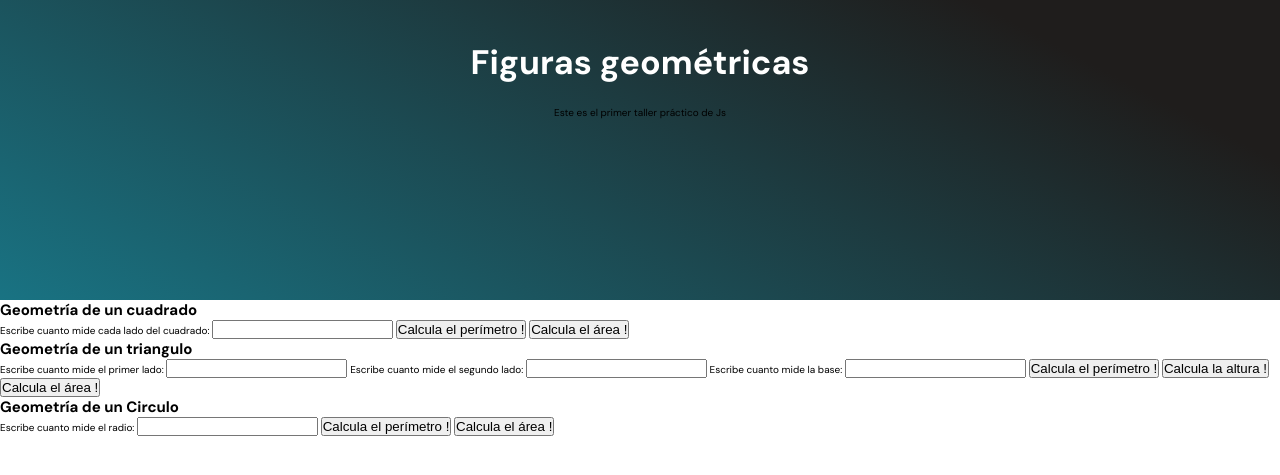
Repository: ChristianGecchelin/javascript-project
Page: javascript-project/figuras-geometricas/figuras.html
An editor plug-in stored every save of this project. The page is shown before and after the next save, followed by the edit.
The browser window is 1280 px wide. The pictures show the whole page.

Above is the page before, as saved 2021-12-01 21:30:12.

### javascript-project/figuras-geometricas/figuras.html
<!DOCTYPE html>
<html lang="en">
  <head>
    <meta charset="UTF-8" />
    <meta http-equiv="X-UA-Compatible" content="IE=edge" />
    <meta name="viewport" content="width=device-width, initial-scale=1.0" />
    <title>Figuras geométricas | Proyecto 1</title>
    <link rel="preconnect" href="https://fonts.googleapis.com" />
    <link rel="preconnect" href="https://fonts.gstatic.com" crossorigin />
    <link
      href="https://fonts.googleapis.com/css2?family=DM+Sans:wght@400;500;700&family=Inter:wght@300;500&display=swap"
      rel="stylesheet"
    />
    <link rel="stylesheet" href="./style.css" />
  </head>
  <body>
    <header>
      <div class="header--title-container">
        <h1>Figuras geométricas</h1>
        <p>Este es el primer taller práctico de Js</p>
      </div>
    </header>
    <section>
      <h2>Geometría de un cuadrado</h2>
      <form action="">
        <label for="">Escribe cuanto mide cada lado del cuadrado:</label>
        <input type="number" id="inputCuadrado" />
        <button type="button" onclick="calcularPerimetroCuadrado()">
          Calcula el perímetro !
        </button>
        <button type="button" onclick="calcularAreaCuadrado()">
          Calcula el área !
        </button>
        <!-- type button, para quitarle el submit por defecto y que no me redireccione a ningun lado -->
      </form>
    </section>
    <section>
      <h2>Geometría de un triangulo</h2>
      <form action="">
        <label for="">Escribe cuanto mide el primer lado:</label>
        <input type="number" id="inputLado1" />
        <label for="">Escribe cuanto mide el segundo lado:</label>
        <input type="number" id="inputLado2" />
        <label for="">Escribe cuanto mide la base:</label>
        <input type="number" id="inputBase" />
        <button type="button" onclick="calcularPerimetroTriangulo()">
          Calcula el perímetro !
        </button>
        <button type="button" onclick="calcularAlturaTriangulo()">
          Calcula la altura !
        </button>
        <button type="button" onclick="calcularAreaTriangulo()">
          Calcula el área !
        </button>
        <!-- type button, para quitarle el submit por defecto y que no me redireccione a ningun lado -->
      </form>
    </section>
    <section>
      <h2>Geometría de un Circulo</h2>
      <form action="">
        <label for="">Escribe cuanto mide el radio:</label>
        <input type="number" id="inputRadio" />
        <button type="button" onclick="calcularPerimetroCirculo()">
          Calcula el perímetro !
        </button>
        <button type="button" onclick="calcularAreaCirculo()">
          Calcula el área !
        </button>
        <!-- type button, para quitarle el submit por defecto y que no me redireccione a ningun lado -->
      </form>
    </section>
    <script src="./figurasConFunciones.js"></script>
  </body>
</html>

### javascript-project/figuras-geometricas/style.css
:root {
  --Dark-lightblue: #197383;
  --soft-orange: #ffe9d5;
  --secondary-blue: #1a9af7;
  --soft-blue: #e7f5ff;
  --warm-black: #201e1c;
  --black: #282623;
  --grey: #bababa;
  --off-white: #faf8f7;
  --just-white: #fff;
}
* {
  box-sizing: border-box;
  margin: 0;
  padding: 0;
}
html {
  font-size: 62.5%;
  font-family: "DM Sans", sans-serif;
}
header {
  position: relative;
  display: flex;
  flex-direction: column;
  justify-content: center;
  width: 100%;
  min-width: 320px;
  height: 300px;
  text-align: center;
  background: linear-gradient(207.8deg, #1f1d1c 16.69%, #197383 100%);
}
header .header--title-container {
  width: 90%;
  min-width: 288px;
  max-width: 900px;
  height: 200px;
  text-align: center;
  align-self: center;
}
header .header--title-container h1 {
  font-size: 3.4rem;
  font-weight: 700;
  line-height: 2.6rem;
  color: var(--just-white);
  margin-bottom: 30px;
}

### javascript-project/figuras-geometricas/figurasConFunciones.js
/* Codigo del cuadrado */
console.group("Cuadrado");
function perimetroCuadrado(lado) {
  return lado * 4;
}
/* console.log(`Perimetro del cuadrado es: ${perimetroCuadrado} cm.`); */
function areaCuadrado(lado) {
  return (
    lado ** 2
  ); /* debe estar escrito de igual manera el parametro que el return */
}

/* console.log(`El area del cuadrado es: ${areaCuadrado} cm^2.`); */
console.groupEnd();

/* Codigo del triangulo */
console.group("Triangulo");

function perimetroTriangulo(lado1, lado2, base) {
  return lado1 + lado2 + base;
}
function calcularAltura(lado1, lado2, lado3) {
  let ladosIguales;
  let ladoBase;
  let altura;

  if (
    lado1 + lado2 <= lado3 ||
    lado1 + lado3 <= lado2 ||
    lado2 + lado3 <= lado1
  ) {
    alert(
      "En un triangulo la base no puede ser mayor a la suma de sus catetos"
    );
  } else {
    switch (true) {
      case lado1 === lado2:
        ladosIguales = lado1;
        ladoBase = lado3;
        break;
      case lado1 === lado3:
        ladosIguales = lado1;
        ladoBase = lado2;
        break;
      case lado3 === lado2:
        ladosIguales = lado2;
        ladoBase = lado1;
        break;
    }
    if (!ladosIguales) {
      alert("Tu triangulo no es isosceles, ingresa la altura");
    } else {
      altura = Math.sqrt(ladosIguales ** 2 - ladoBase ** 2 / 4);
    }
  }
  return ladosIguales, ladoBase, altura;
}
function areaTriangulo(ladoBase, altura) {
  return (
    (ladoBase * altura) / 2
  ); /* tengo que llamar a la funcion altura para pasarle el dato */
}
console.groupEnd();

//Codigo Circulo
console.group("Circulo");
function diametroCirculo(radio) {
  return radio * 2;
}
const pi = Math.PI;
function circunferencia(radio) {
  const diametro = diametroCirculo(radio);
  /* llamo a una funcion dentro de otra y creo una variable que tiene alcance local */
  return diametro * pi;
}
function superficieCirculo(radio) {
  return pi * radio ** 2;
}

console.groupEnd();
/* Creo una funcion, que a traves del id obtengo lo que el usuario ingreso en el input. y con eso le saco el value que le paso
a la funcion que cree antes y es la encargada de hacer el calculo para luego mostrarse en un aler */
function calcularPerimetroCuadrado() {
  const input = document.getElementById("inputCuadrado");
  const value = input.value;
  const perimetro = perimetroCuadrado(value);
  alert(perimetro);
}
function calcularAreaCuadrado() {
  const input = document.getElementById("inputCuadrado");
  const value = input.value;
  const area = areaCuadrado(value);
  alert(area);
}

function calcularPerimetroTriangulo() {
  const inputLado1 = document.getElementById("inputLado1");
  const valueLado1 = Number(inputLado1.value);
  const inputLado2 = document.getElementById("inputLado2");
  const valueLado2 = Number(inputLado2.value);
  const inputBase = document.getElementById("inputBase");
  const valueBase = Number(inputBase.value);
  /* Es importante ponerle number porque por mas que el input tenga type number, este lo transforma como un string */
  const perimetro = perimetroTriangulo(valueLado1, valueLado2, valueBase);
  alert(perimetro);
}

function calcularAlturaTriangulo() {
  const inputLado1 = document.getElementById("inputLado1");
  const valueLado1 = Number(inputLado1.value);
  const inputLado2 = document.getElementById("inputLado2");
  const valueLado2 = Number(inputLado2.value);
  const inputBase = document.getElementById("inputBase");
  const valueBase = Number(inputBase.value);
  const alturaTriangulo = calcularAltura(valueLado1, valueLado2, valueBase);
  alert(alturaTriangulo);
}

function calcularAreaTriangulo() {
  /* const inputAltura = document.getElementById("inputAltura");
  const valueAltura = Number(inputAltura.value);
  const inputBase = document.getElementById("inputBase");
  const valueBase = inputBase.value;
  const area = areaTriangulo(valueAltura, valueBase);
  alert(area); */
  const inputLado1 = document.getElementById("inputLado1");
  const valueLado1 = Number(inputLado1.value);
  const inputLado2 = document.getElementById("inputLado2");
  const valueLado2 = Number(inputLado2.value);
  const inputBase = document.getElementById("inputBase");
  const valueBase = Number(inputBase.value);
  const altura = calcularAltura(valueLado1, valueLado2, valueBase);
  const area = areaTriangulo(valueBase, altura);
  alert(area);
}

function calcularPerimetroCirculo() {
  const inputRadio = document.getElementById("inputRadio");
  const valueRadio = inputRadio.value;
  const perimetro = circunferencia(valueRadio);
  alert(perimetro);
}
function calcularAreaCirculo() {
  const inputRadio = document.getElementById("inputRadio");
  const valueRadio = inputRadio.value;
  const superficie = superficieCirculo(valueRadio);
  alert(superficie);
}

After the next save:
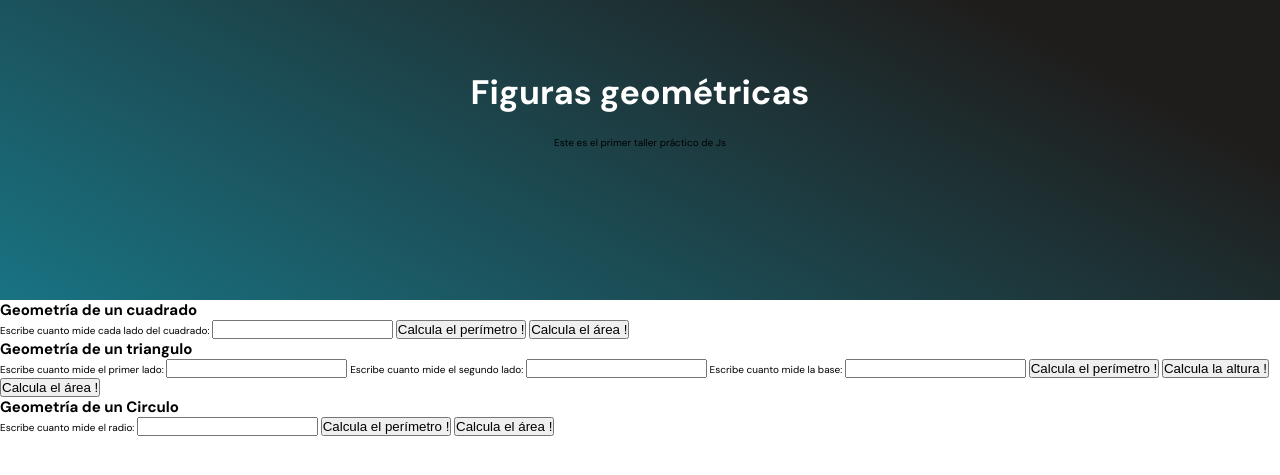
Saved 24 s later.
--- a/javascript-project/figuras-geometricas/style.css
+++ b/javascript-project/figuras-geometricas/style.css
@@ -38,9 +38,10 @@ header .header--title-container {
   align-self: center;
 }
 header .header--title-container h1 {
+  margin-top: 30px;
+  margin-bottom: 30px;
   font-size: 3.4rem;
   font-weight: 700;
   line-height: 2.6rem;
   color: var(--just-white);
-  margin-bottom: 30px;
 }
